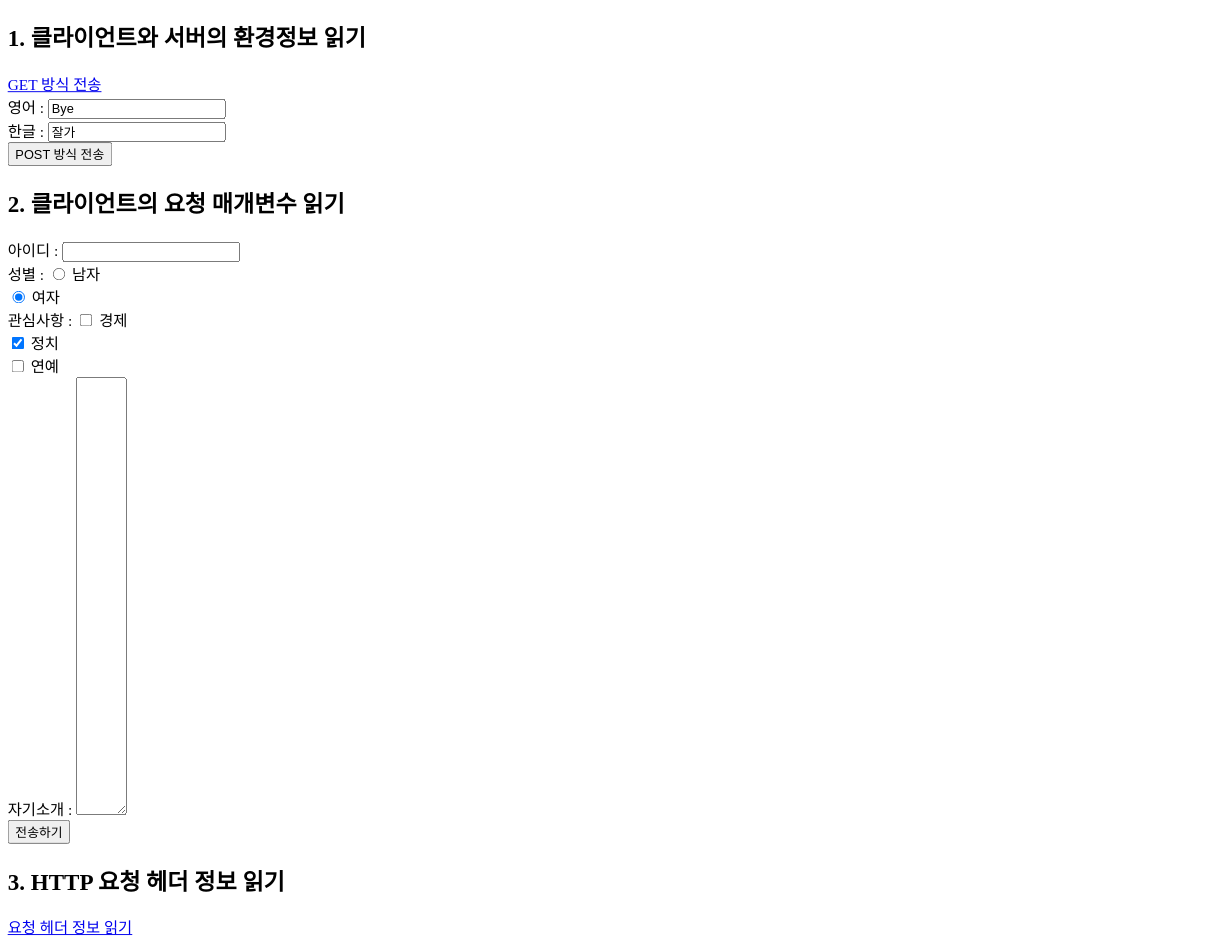
Repository: jungwoonAn/jsp_basic
Page: http://localhost/MustHaveJSP/02_ImplicitObject/RequestMain.jsp
The author's editor kept a copy of each file at every save. The page is drawn from the files as they stood at one save, then again after the next save.
The browser window is 1280 px wide. The pictures show the whole page, at 96% of full size.
The page is served by Tomcat 10.

Above is the page before, as saved 2024-10-16 08:13:08.

After the next save:
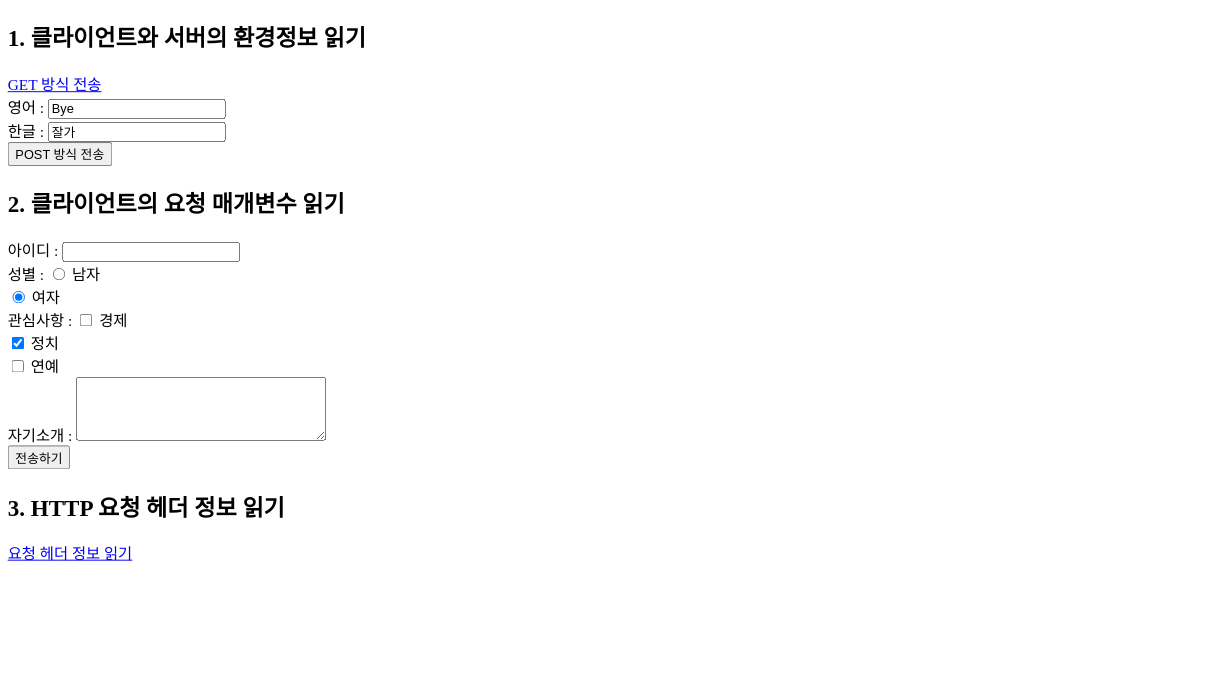
Saved 63 s later.
--- a/MustHaveJSP/src/main/webapp/02_ImplicitObject/RequestMain.jsp
+++ b/MustHaveJSP/src/main/webapp/02_ImplicitObject/RequestMain.jsp
@@ -29,7 +29,7 @@
 		<input type="checkbox" name="favo" value="pol" checked> 정치<br>
 		<input type="checkbox" name="favo" value="ent"> 연예<br>
 		자기소개 :
-		<textarea rows="30" cols="4" name="intro"></textarea><br>
+		<textarea rows="4" cols="30" name="intro"></textarea><br>
 		<button type="submit">전송하기</button>
 	</form>
 
